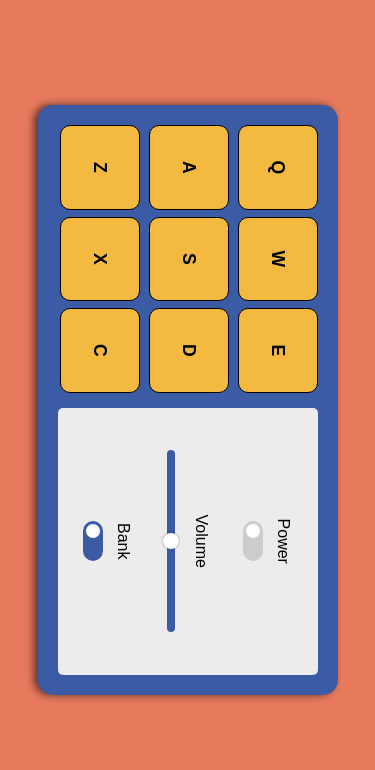
Repository: alfredoleano/drum-machine
Page: /
The author's editor kept a copy of each file at every save. The page is drawn from the files as they stood at one save, then again after the next save.
The browser window is 375 px wide. The pictures show the whole page.
The project was rebuilt for these pictures with package versions that can differ from the ones it lists, and the page was loaded fresh each time.

Above is the page before, as saved 2024-06-14 13:43:27.

### src/App.js
import { useCallback, useEffect, useState } from 'react';
import './App.css';
import './styles.scss';

function App() {
  const bank1 = {
    Q: 'sounds/Heater-1.mp3',
    W: 'sounds/Heater-2.mp3',
    E: 'sounds/Heater-3.mp3',
    A: 'sounds/Heater-4_1.mp3',
    S: 'sounds/Heater-6.mp3',
    D: 'sounds/Dsc_Oh.mp3',
    Z: 'sounds/Kick_n_Hat.mp3',
    X: 'sounds/RP4_KICK_1.mp3',
    C: 'sounds/Cev_H2.mp3'
  };

  const bank2 = {
    Q: 'sounds/piano.mp3',
    W: 'sounds/jazz.wav',
    E: 'sounds/bangu.wav',
    A: 'sounds/num.wav',
    S: 'sounds/stroke.wav',
    D: 'sounds/cymbals.wav',
    Z: 'sounds/tom.wav',
    X: 'sounds/kick.wav',
    C: 'sounds/snare.wav'
  };

  const [volume, setVolume] = useState(50); // initial sound value
  const [power, setPower] = useState(false); //initial power volume
  const [bank, setBank] = useState(bank1); // initial bank value
  const [isBank1, setIsBank1] = useState(true); // initial bank toggle state

  // Function to change volume
  const changeVolume = (event) => {
    setVolume(event.target.value); // Update the state with current value of the volume slider
  };

  // Function to toggle power
  const togglePower = () => {
    setPower(!power);
  };

  // Function to switch Banks
  const toggleBank = () => {
    setBank(isBank1 ? bank2 : bank1);
    setIsBank1(!isBank1);
  }

  // Function to play sound
  const playSound = useCallback((id) => {
    if(!power) return; // Check if the power is on
    const audio = new Audio(bank[id]);
    audio.volume = volume / 100; // initial sound volume
    audio.currentTime = 0; // Set audio to beginning
    audio.play();
  }, [power, volume, bank]);

  // Use useEffect to add event listener for keydown events
  useEffect(() => {
    // Make the approptiate key play the approptiate sound
    const handleKeydown = (event) => {
      const key = event.key.toUpperCase();
      if(['Q', 'W', 'E', 'A', 'S', 'D', 'Z', 'X', 'C'].includes(key)) {
        playSound(key);

        // Add active class to the button
        const button = document.getElementById(`button-${key}`);
        if(button) {
          button.classList.add('active');
        }
      }
    };

    const handleKeyup = (event) => {
      const key = event.key.toUpperCase();
      if (['Q', 'W', 'E', 'A', 'S', 'D', 'Z', 'X', 'C'].includes(key)) {
        // Remove active class from the button
        const button = document.getElementById(`button-${key}`);
        if (button) {
          button.classList.remove('active');
        }
      }
    };

    // Add keydown event listener
    window.addEventListener('keydown', handleKeydown);
    window.addEventListener('keyup', handleKeyup);

    // Cleanup event listener on component unmount
    return () => {
      window.removeEventListener('keydown', handleKeydown);
      window.removeEventListener('keyup', handleKeyup);
    };
  }, [playSound]);

  return (
    <div className="App">
      <div id='drum-machine'>
        <div id='display'>
          <div className='buttons-grid'>
            <button id="button-Q" onClick={() => playSound('Q')}>Q</button>
            <button id="button-W" onClick={() => playSound('W')}>W</button>
            <button id="button-E" onClick={() => playSound('E')}>E</button>
            <button id="button-A" onClick={() => playSound('A')}>A</button>
            <button id="button-S" onClick={() => playSound('S')}>S</button>
            <button id="button-D" onClick={() => playSound('D')}>D</button>
            <button id="button-Z" onClick={() => playSound('Z')}>Z</button>
            <button id="button-X" onClick={() => playSound('X')}>X</button>
            <button id="button-C" onClick={() => playSound('C')}>C</button>
          </div>

          <div className='controls'>
            <div className='settings'>
              <label>Power</label>
              {/* Rounded switch */}
              <label className="switch">
                <input type="checkbox" checked={power} onChange={togglePower}/>
                <span className="slider round"></span>
              </label>
            </div>

            <div className='settings'>
              <label>Volume</label>
              <input
                type='range'
                min={0}
                max={100}
                value={volume}
                onChange={changeVolume}
                className='blue'
              />
            </div>

            <div className='settings'>
              <label>Bank</label>
              <label className="switch">
                <input type="checkbox" checked={!isBank1} onChange={toggleBank}/>
                <span className="slider bank"></span>
              </label>
            </div>
          </div>
        </div>
      </div>
    </div>
  );
}

export default App;

### src/styles.scss
$primary-color: #E87A5D;
$secondary-color: #F3B941;
$tertiary-color: #3B5BA5;

/* Apply box-sizing: border-box globally */
*,
*::before,
*::after {
  box-sizing: border-box;
}

body {
  box-sizing: border-box;
  font-family: Arial, sans-serif;
  background-color: $primary-color;
  margin: 0;
  padding: 0;
  height: 100vh;
  // display: flex;
  // align-items: center;
  // justify-content: center;
}

#drum-machine {
  width: 100vw;
  height: 100vh;
  display: flex;
  align-items: center;
  justify-content: center;
  // background-color: greenyellow;
}

#display {
  background-color: $tertiary-color;
  width: 85%;
  max-width: 590px;
  margin: 30px auto;
  padding: 20px;
  border-radius: 15px;
  box-shadow: 0 4px 8px rgba(0, 0, 0, 0.6); /* Subtle shadow */
  display: grid;
  grid-template-columns: 1fr 1fr;
  grid-auto-columns: min-content;
  gap: 15px;
}

.buttons-grid {
  display: grid;
  grid-template-columns: repeat(3, 1fr);
  grid-template-rows: repeat(3, 1fr);
  gap: 7px;
  width: 100%;
}

.buttons-grid button {
  width: 100%px;
  height: 80px;
  // width: 100%;
  // height: 100%;
  border-radius: 10px;
  border: 1px solid #000;
  // border: none;
  font-weight: 800;
  font-size: 1.1rem;
  cursor: pointer;
  outline: none;
  background-color: #F3B941;
}

.buttons-grid button:active {
  background-color: #f1c979;
}

// For keydown event
.buttons-grid button.active {
  background-color: #f1c979;
}

.controls {
  padding: 10px;
  width: 100%;
  display: flex;
  align-items: center;
  justify-content: center;
  flex-direction: column;
  border-radius: 5px;
  background-color: #ececec;
}

.settings {
  display: flex;
  flex-direction: column;
  justify-content: space-around;
  align-items: center;
  padding: 10px;
  height: 35%;
  width: 100%;
}


/********************* Rounded switch styling ***********************/

/* The switch - the box around the slider */
.switch {
  position: relative;
  display: inline-block;
  width: 40px;
  height: 20px;
  // margin-top: 5px;
}

/* Hide default HTML checkbox */
.switch input {
  opacity: 0;
  width: 0;
  height: 0;
}

/* The slider */
.slider {
  position: absolute;
  cursor: pointer;
  top: 0;
  left: 0;
  right: 0;
  bottom: 0;
  background-color: #ccc;
  -webkit-transition: .4s;
  transition: .4s;
  border-radius: 25px;
}

.slider.bank {
  background: $tertiary-color;
}

.slider:before {
  position: absolute;
  content: "";
  height: 14px;
  width: 14px;
  left: 3px;
  bottom: 3px;
  background-color: white;
  -webkit-transition: .4s;
  transition: .4s;
  border-radius: 50%;
}

input:checked + .slider {
  background-color: $tertiary-color;
}

input:focus + .slider {
  box-shadow: 0 0 1px $tertiary-color;
}

input:checked + .slider:before {
  -webkit-transform: translateX(20px);
  -ms-transform: translateX(20px);
  transform: translateX(20px);
}

/* Rounded sliders */
.slider.round {
  border-radius: 34px;
}

.slider.round:before {
  border-radius: 50%;
}


/********************* Volume slider styling ***********************/
/* Style the range input */
input[type="range"] {
  appearance: none; /* Standard property */
  -webkit-appearance: none; /* WebKit browsers (Chrome, Safari, iOS) */
  -moz-appearance: none; /* Firefox */
  -ms-appearance: none; /* Internet Explorer and Edge */
  width: 80%;
  height: 8px; /* Adjust height as needed */
  background: $tertiary-color; /* Track color */
  border-radius: 5px;
  outline: none;
  opacity: 1;
  transition: opacity .2s;
}

/* Style the thumb for WebKit browsers (e.g., Chrome, Safari) */
input[type="range"]::-webkit-slider-thumb {
  -webkit-appearance: none; /* Remove default styling */
  appearance: none;
  width: 16px; /* Adjust thumb width as needed */
  height: 16px; /* Adjust thumb height as needed */
  background: #ffffff; /* Thumb color */
  border-radius: 50%; /* Make thumb round */
  cursor: pointer;
  box-shadow: 0 0 2px rgba(0, 0, 0, 0.5);
}


/* Style the thumb for Firefox */
input[type="range"]::-moz-range-thumb {
  -moz-appearance: none; /* Remove default styling */
  appearance: none; /* Standard property */
  width: 16px; /* Adjust thumb width as needed */
  height: 16px; /* Adjust thumb height as needed */
  background: #ffffff; /* Thumb color */
  border-radius: 50%; /* Make thumb round */
  cursor: pointer;
  box-shadow: 0 0 2px rgba(0, 0, 0, 0.5);
}

/* Style the thumb for Internet Explorer */
input[type="range"]::-ms-thumb {
  -ms-appearance: none; /* Remove default styling */
  appearance: none; /* Standard property */
  width: 16px; /* Adjust thumb width as needed */
  height: 16px; /* Adjust thumb height as needed */
  background: #ffffff; /* Thumb color */
  border-radius: 50%; /* Make thumb round */
  cursor: pointer;
  box-shadow: 0 0 2px rgba(0, 0, 0, 0.5);
}

/* Style the track for Internet Explorer */
input[type="range"]::-ms-track {
  width: 75%;
  height: 8px; /* Adjust height as needed */
  background: $tertiary-color; /* Track color */
  border-color: transparent;
  color: transparent;
  border-radius: 5px;
}

/******************** Mobile Design **********************/
@media screen and (max-width: 490px) {
  // body {
  //   display: flex;
  //   justify-content: center;
  //   align-items: center;
  // }

  // #drum-machine {
  //   height: 100vh;
  //   width: 100vw;
  //   // background-color: pink;
  // }

  // #display {
  //   width: 700px;
  //   height: 85vw;
  //   transform: rotate(90deg);
  //   transform-origin: center;
  // }

  body {
    display: flex;
    justify-content: center;
    align-items: center;
    overflow: scroll; /* Prevents scrollbars from appearing */
  }

  #drum-machine {
    height: 100vh;
    width: 100vw;
    position: relative; /* Allows child absolute positioning */
    // background-color: pink;
  }

  #display {
    margin: auto;
    position: absolute;
    width: 590px; /* Adjusted width to fit within viewport height when rotated */
    height: 80vw; /* Adjusted height to fit within viewport width when rotated */
    // left: 50%; /* Centers the element horizontally */
    // top: 50%;  /* Centers the element vertically */
    transform: translateY(-50%) rotate(90deg); /* Adjusts positioning and rotates */
    transform-origin: center center;
    top: 50%;
  }
}

Loaded but not shown: public/index.html (common file); src/index.js (common file); src/index.css (common file); src/reportWebVitals.js (common file); src/App.css (common file)

After the next save:
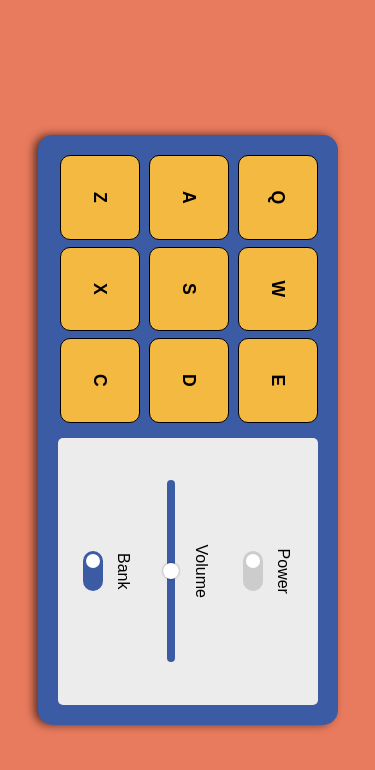
Saved 10 s later.
--- a/src/styles.scss
+++ b/src/styles.scss
@@ -270,7 +270,6 @@ input[type="range"]::-ms-track {
   }
 
   #display {
-    margin: auto;
     position: absolute;
     width: 590px; /* Adjusted width to fit within viewport height when rotated */
     height: 80vw; /* Adjusted height to fit within viewport width when rotated */
